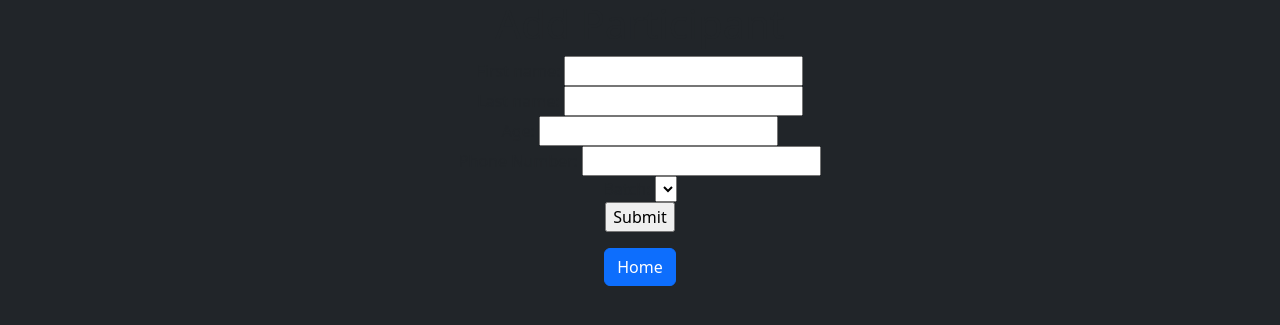
Repository: Jannis-Buschhaus/simplilearn-assessment-phase2
Page: http://localhost/FunfitWebapp/ParticipantsController?target=addParticipant
An editor plug-in stored every save of this project. The page is shown before and after the next save, followed by the edit.
The browser window is 1280 px wide. The pictures show the whole page.
The page is served by Tomcat 9. Queries for data that is not in the repository find no rows.

Above is the page before, as saved 2024-05-30 14:42:31.

After the next save:
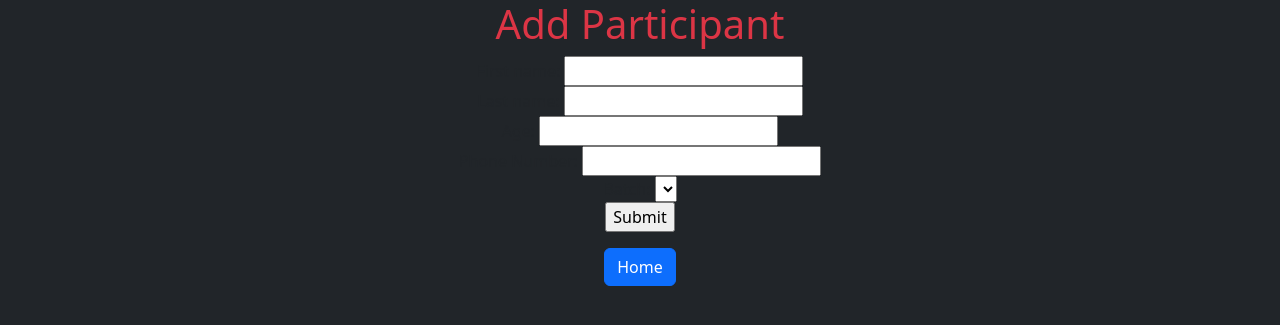
Saved 18 s later.
--- a/FunfitWebapp/src/main/webapp/addParticipant.jsp
+++ b/FunfitWebapp/src/main/webapp/addParticipant.jsp
@@ -10,7 +10,7 @@
 </head>
 <body class="bg-dark">
 	<div class="text-center">
-		<h1>Add Participant</h1>
+		<h1 class="text-danger text-center">Add Participant</h1>
 		<form action="ParticipantsController" method="post">
 			<label for="fname">First name:</label>
 				<input type="text" name="fname" /><br />
